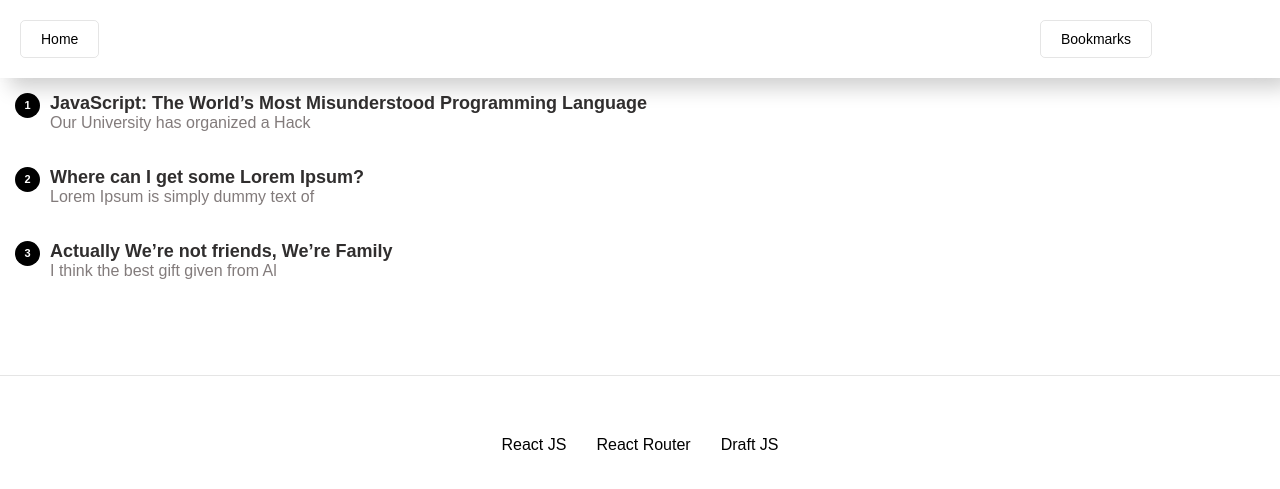
Repository: DevLaukey/task
Page: /react-mini-blog/bookmark
The author's editor kept a copy of each file at every save. The page is drawn from the files as they stood at one save, then again after the next save.
The browser window is 1280 px wide. The pictures show the whole page.
The project was rebuilt for these pictures with package versions that can differ from the ones it lists, and the page was loaded fresh each time. Also part of the build but not shown: src/data.js, src/Components/content/Post.js, src/Components/content/Posts.js, src/Components/content/Content.js, src/Components/RichText/StyleButton.js, src/Components/RichText/BlockStyleControls.js, src/Components/RichText/InlineStyleControls.js, src/Components/posts/posts.css and 3 more.

Above is the page before, as saved 2022-06-13 13:48:24.

After the next save:
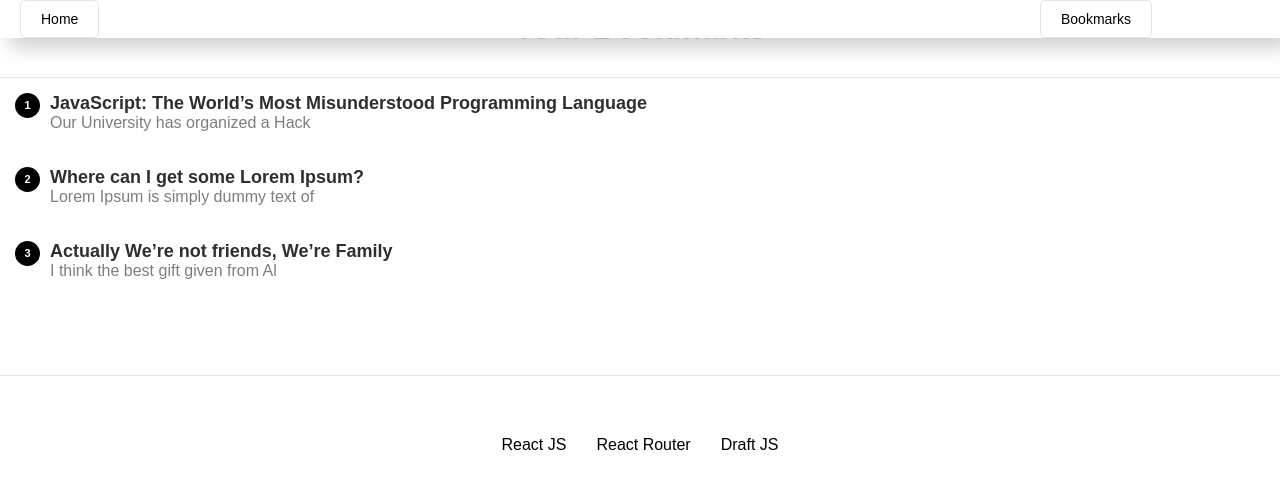
Saved 8 s later.
--- a/src/Components/header/header.css
+++ b/src/Components/header/header.css
@@ -8,6 +8,6 @@ header {
 .navbar {
   display: flex;
   justify-content: space-between;
-  margin: 30px 10px;
+  margin: 10px 10px;
   width: 90vw;
 }
